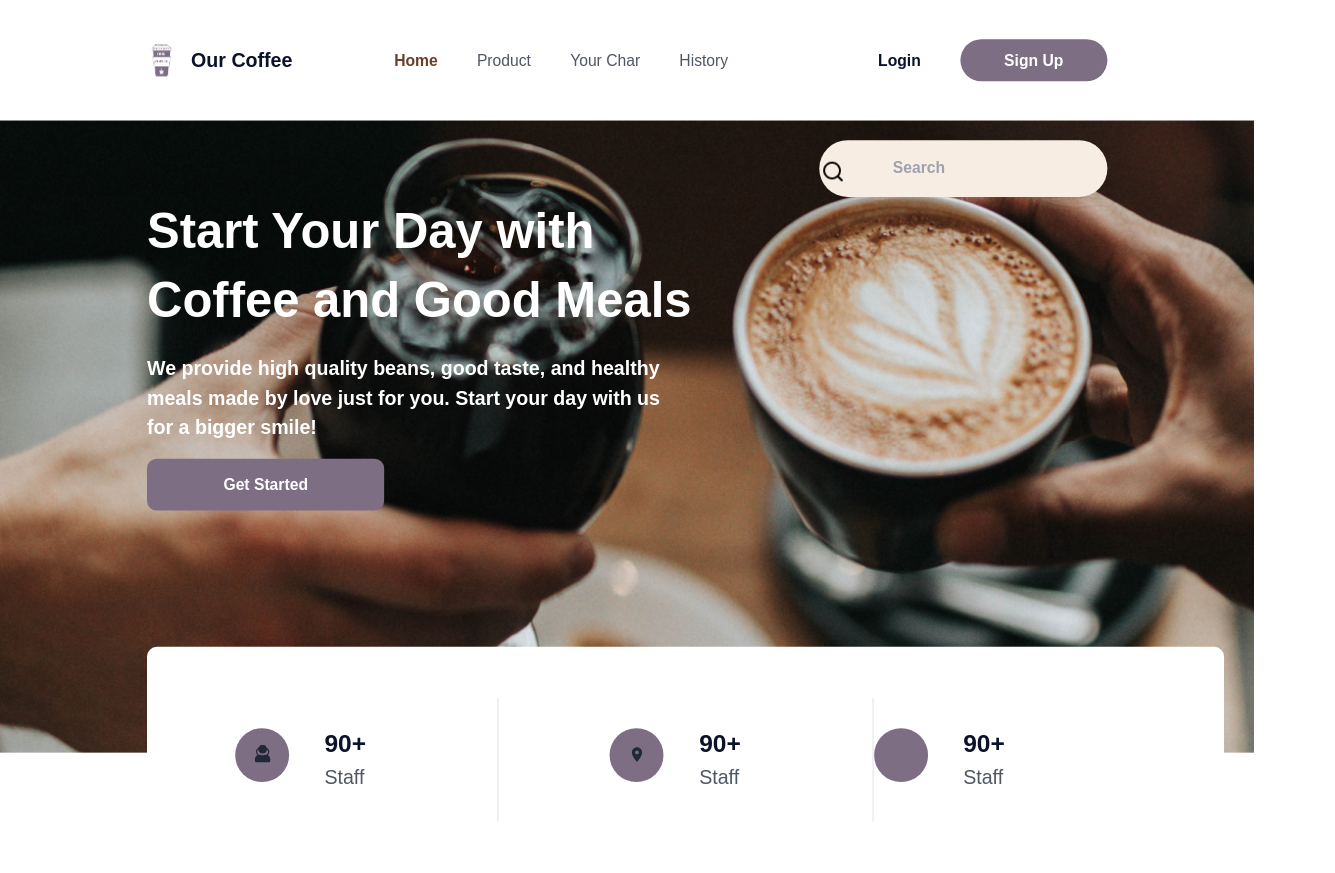
Repository: boykebn/fw12-collab2-FRONTEND
Page: / (app in our/)
These files come from the project's save history. The page is drawn as it stood at one moment and after the next save; the edit follows.
The browser window is 1280 px wide. The page is 1280 px wide, then 1362 px, so the pictures cover 1362 px, including what lies to the right of the window. The pictures show the whole page, at 98% of full size.
The project was rebuilt for these pictures with package versions that can differ from the ones it lists, and the page was loaded fresh each time. The framework's server and built-in components were replaced by stand-ins that run in the browser. Also part of the build but not shown: our/next.config.js.

Above is the page before, as saved 2022-12-30 22:17:52.

### our/pages/_app.js
import '../styles/globals.css'
import { Provider } from 'react-redux'
import {store} from '../redux/store'

export default function App({ Component, pageProps }) {
  return (
  <Provider store={store}>
    <Component {...pageProps} />
  </Provider>
  )
}

### our/pages/index.js
import React from "react";
import Image from "next/image";
import logo from "../assets/logoOurCoffee.png";
import Link from "next/link";
import search from "../assets/search.png";
import profileIcon from "../assets/profile-icon.png";
import { FaUser } from "react-icons/fa";
import { MdLocationOn } from "react-icons/md";
import { AiOutlineHeart } from "react-icons/ai";
export default function Home() {
  return (
    <div className="font-rubik">
      <div className="px-[150px] py-[45px] flex items-center">
        <div className="flex flex-1 items-center">
          <Image src={logo} alt="logo" className="w-[30px] h-[33px] mr-[15px]" />
          <span className="text-[#0B132A] text-[20px] font-bold leading-[23px]">Our Coffee</span>
        </div>
        <div className=" text-[#4F5665] text-[16px] mr-[153px]">
          <span className="font-bold text-[#6A4029] mr-[40px]">Home</span>
          <span className="mr-[40px]">Product</span>
          <span className="mr-[40px]">Your Char</span>
          <span>History</span>
        </div>
        <div className="text-[16px] font-[600] leading-[19px]">
          <Link href="#" className="mr-[40px] text-[#0B132A]">
            Login
          </Link>
          <Link href="#" className="text-white border-1 bg-[#7d6e83] py-[13px] px-[45px] rounded-[50px]">
            Sign Up
          </Link>
        </div>
      </div>
      <div className="bg-[url('../assets/background-home.png')] h-[645px] ">
        <div className="px-[150px] flex">
          <div className="pt-[78px] mr-auto">
            <p className="text-white text-[50px] font-bold leading-[70px] w-[570px] mb-[20px]">Start Your Day with Coffee and Good Meals</p>
            <p className="text-white text-[20px] font-bold leading-[30px] w-[555px] mb-[32px]">We provide high quality beans, good taste, and healthy meals made by love just for you. Start your day with us for a bigger smile!</p>
            <Link href="#" className="text-white text-[16px] font-bold border-1 px-[78px] py-[18px] bg-[#7d6e83] rounded-[10px]">
              Get Started
            </Link>
          </div>
          <div className="pt-[20px]">
            <Image src={search} alt="search" className="absolute top-[165px] right-[420px]" />
            <input placeholder="Search" className="focus:outline-none bg-[#f8ede3] py-[17px] pl-[75px] font-[900] rounded-[30px]" />
          </div>
        </div>
      </div>
      <div className="px-[90px] py-[53px] border-1 bg-white absolute left-[150px] top-[660px] rounded-[10px] flex items-center">
        <div className="flex">
          <div className="mr-[36px]">
            <FaUser className="w-[16px] h-[18px] absolute left-[110px] top-[100px]" />
            <div className="border-1 bg-[#7d6e83] w-[55px] h-[55px] rounded-[50%] \"></div>
          </div>
          <div className="mr-[134px]">
            <p className="text-[#0B132A] text-[25px] font-bold leading-[30px] mb-[5px]">90+</p>
            <p className="text-[#4F5665] text-[20px] leading-[30px]">Staff</p>
          </div>
        </div>
        <hr className="bg-[#EEEFF2] w-[2px] h-[125px] mr-[113px]" />
        <div className="flex">
          <div className="mr-[36px]">
            <MdLocationOn className="w-[18px] h-[20px] absolute left-[491px] top-[100px]" />
            <div className="border-1 bg-[#7d6e83] w-[55px] h-[55px] rounded-[50%] \"></div>
          </div>
          <div className="mr-[134px]">
            <p className="text-[#0B132A] text-[25px] font-bold leading-[30px] mb-[5px]">90+</p>
            <p className="text-[#4F5665] text-[20px] leading-[30px]">Staff</p>
          </div>
        </div>
        <hr className="bg-[#EEEFF2] w-[2px] h-[125px]" />
        <div className="flex">
          <div className="mr-[36px]">
            <AiOutlineHeart className="w-[16px] h-[18px] absolute left-[110px] top-[100px]" />
            <div className="border-1 bg-[#7d6e83] w-[55px] h-[55px] rounded-[50%] \"></div>
          </div>
          <div className="mr-[134px]">
            <p className="text-[#0B132A] text-[25px] font-bold leading-[30px] mb-[5px]">90+</p>
            <p className="text-[#4F5665] text-[20px] leading-[30px]">Staff</p>
          </div>
        </div>
      </div>
    </div>
  );
}

### our/styles/globals.css
@tailwind base;
@tailwind components;
@tailwind utilities;

@import url("https://fonts.googleapis.com/css2?family=Rubik&display=swap");

### our/redux/store.js
import { configureStore } from '@reduxjs/toolkit';
import thunk from 'redux-thunk'
import reducer from './reducers';
import {persistStore} from 'redux-persist'

const store = configureStore({
    reducer,
    middleware: [thunk]
})

const persistor = persistStore(store)

export {store, persistor}

### our/redux/reducers/index.js
import {combineReducers} from '@reduxjs/toolkit';
import {persistReducer} from 'redux-persist'
import storage from 'redux-persist/lib/storage'
import auth from './auth'

const authConfig = {
    key: 'auth',
    storage
}

const reducer = combineReducers({
    auth: persistReducer(authConfig, auth),
})

export default reducer

### our/redux/reducers/auth.js
import {createSlice} from '@reduxjs/toolkit'

const initialState = {
    token: null
}

const authReducer = createSlice({
    name: 'auth',
    initialState,
    reducers: {
        logout: (state, action) => {
            return initialState
        }
    },
    extraReducers: (build) => {
    }
})

export const { logout } = authReducer.actions

export default authReducer.reducer

### our/tailwind.config.js
/** @type {import('tailwindcss').Config} */
module.exports = {
  content: ["./pages/**/*.{js,ts,jsx,tsx}", "./components/**/*.{js,ts,jsx,tsx}"],
  theme: {
    extend: {
      fontFamily: {
        rubik: ["Rubik", "sans-serif"],
      },
    },
  },
  plugins: [require("daisyui")],
};

After the next save:
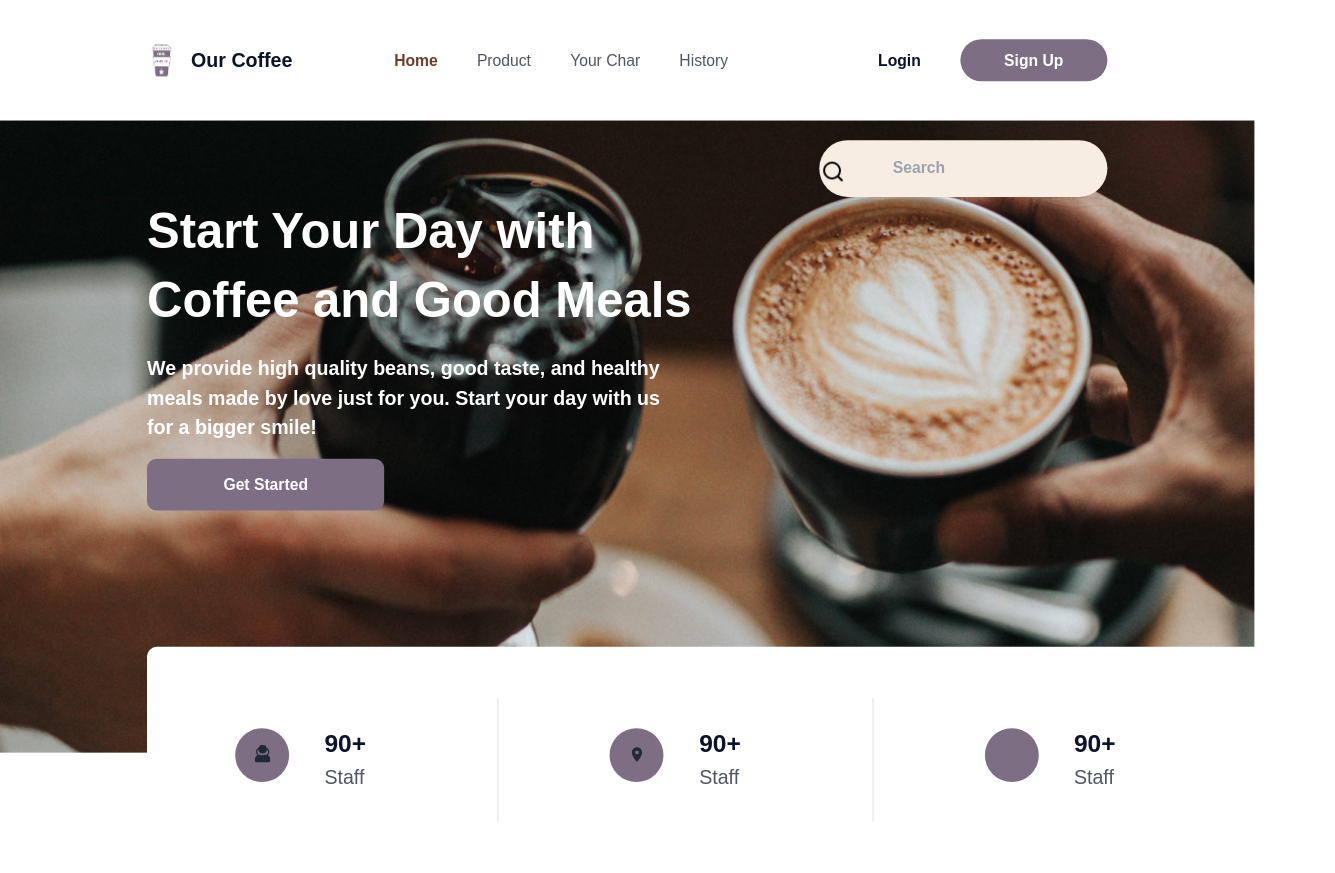
Saved 34 s later.
--- a/our/pages/index.js
+++ b/our/pages/index.js
@@ -67,7 +67,7 @@ export default function Home() {
             <p className="text-[#4F5665] text-[20px] leading-[30px]">Staff</p>
           </div>
         </div>
-        <hr className="bg-[#EEEFF2] w-[2px] h-[125px]" />
+        <hr className="bg-[#EEEFF2] w-[2px] h-[125px] mr-[113px]" />
         <div className="flex">
           <div className="mr-[36px]">
             <AiOutlineHeart className="w-[16px] h-[18px] absolute left-[110px] top-[100px]" />
